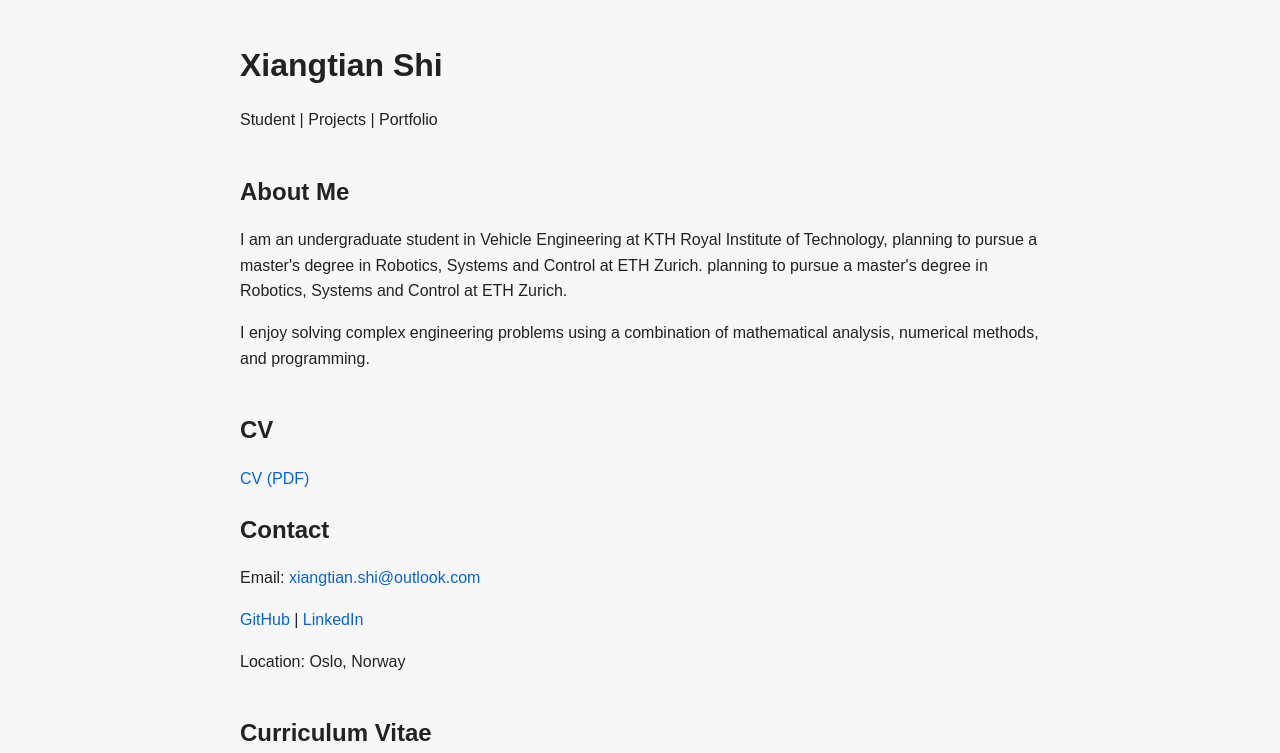
Repository: xitisch/xitisch.github.io
Page: index.html
An editor plug-in stored every save of this project. The page is shown before and after the next save, followed by the edit.
The browser window is 1280 px wide. The pictures show the part of the page from y = 0 to 753 px (the page is 1060 px tall before and 940 px after).
A picture or video elsewhere on the page could not be fetched, so the positions and the page height are approximate.

Above is the page before, as saved 2026-04-21 23:39:31.

### index.html
<!doctype html>
<html lang="en">
<head>
  <link rel="stylesheet" href="style.css">
  <meta charset="UTF-8">
  <meta name="viewport" content="width=device-width, initial-scale=1.0">
  <title>Xiangtian Shi</title>
  <style>
    body {
      font-family: Arial, sans-serif;
      max-width: 800px;
      margin: 40px auto;
      padding: 0 20px;
      line-height: 1.6;
      color: #222;
    }
    h1, h2 { margin-bottom: 0.3em; }
    .section { margin-top: 40px; }
    a { color: #0366d6; text-decoration: none; }
    a:hover { text-decoration: underline; }
  </style>
</head>
<body>
  <h1>Xiangtian Shi</h1>
  <p>Student | Projects | Portfolio</p>

  <div class="section">
    <h2>About Me</h2>
    <p>
      I am an undergraduate student in Vehicle Engineering at KTH Royal Institute of Technology, planning to pursue a master's degree in Robotics, Systems and Control at ETH Zurich.
      planning to pursue a master's degree in Robotics, Systems and Control at ETH Zurich.
    </p>
    <p>
    I enjoy solving complex engineering problems using a combination of
    mathematical analysis, numerical methods, and programming.
    </p>
  </div>
  <div class="section">
    <h2>CV</h2>
    <p>
      <a href="XiangtianShi_CV.pdf" target="_blank">CV (PDF)</a>
    </p>

    <h2>Contact</h2>
    <p>Email:
        <a href="mailto:xiangtian.shi@outlook.com">
          xiangtian.shi@outlook.com
        </a>
      </p>

      <p>
        <a href="https://github.com/xitisch">GitHub</a> |
        <a href="https://www.linkedin.com/in/xiangtian-shi-5ab47428b/">LinkedIn</a>
      </p>

      <p>Location: Oslo, Norway</p>
    </div>
    </div>

  <div class="section">
    <h2>Curriculum Vitae</h2>
    <p>
      <a href="XiangtianShi_CV.pdf" target="_blank">CV (PDF)</a>
    </p>

  <div class="section">
    <h2>Affiliations</h2>

    <div class="affiliation">
      <img src="images/kth.png" alt="KTH logo">
      <div class="affiliation-text">
        <strong>KTH Royal Institute of Technology</strong><br>
        BSc in Vehicle Engineering
      </div>
    </div>

    <div class="affiliation">
      <img src="images/eth.png" alt="ETH Zurich logo">
      <div class="affiliation-text">
        <strong>ETH Zurich</strong><br>
        MSc in Robotics, Systems and Control (starting 2026)
      </div>
    </div>
  </div>

</body>
</html>

### style.css
body {
  font-family: Arial, sans-serif;
  margin: 0;
  background: #f7f7f7;
  color: #222;
  line-height: 1.6;
}

.container {
  max-width: 800px;
  margin: 0 auto;
  padding: 2rem;
}

header {
  background: white;
  border-bottom: 1px solid #ddd;
}

section {
  background: white;
  margin-top: 1rem;
  padding: 1.5rem;
  border-radius: 10px;
}

.affiliation {
  display: flex;
  align-items: center;
  gap: 20px;
  margin-top: 20px;
}

/* fixed box for all logos */
.affiliation img {
  width: 80px;        /* same width */
  height: 80px;       /* same height */
  object-fit: contain; /* keeps proportions */
}

.affiliation img {
  width: 80px;
  height: auto;
  margin-right: 20px;
}

.affiliation-text {
  line-height: 1.4;
}

.affiliation-text strong {
  font-size: 1.1em;
}

After the next save:
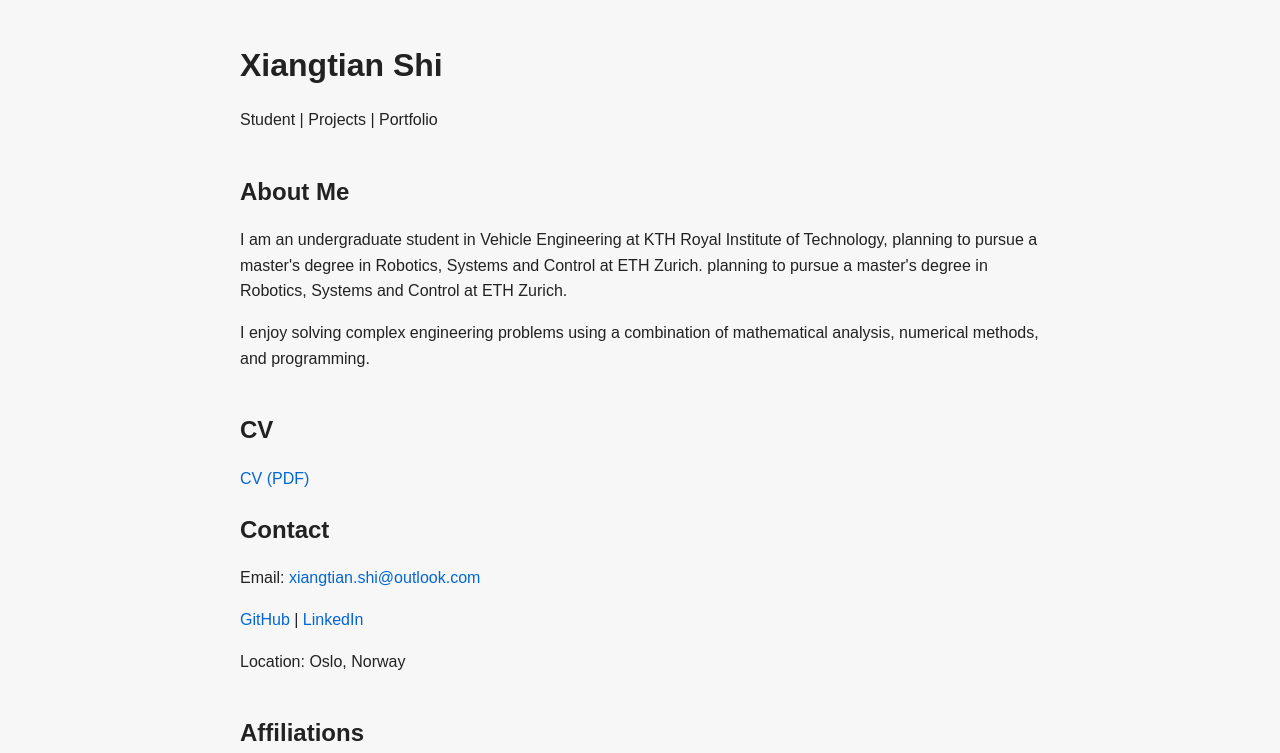
Saved 6 min 20 s later.
--- a/index.html
+++ b/index.html
@@ -58,12 +58,6 @@
     </div>
 
   <div class="section">
-    <h2>Curriculum Vitae</h2>
-    <p>
-      <a href="XiangtianShi_CV.pdf" target="_blank">CV (PDF)</a>
-    </p>
-
-  <div class="section">
     <h2>Affiliations</h2>
 
     <div class="affiliation">
